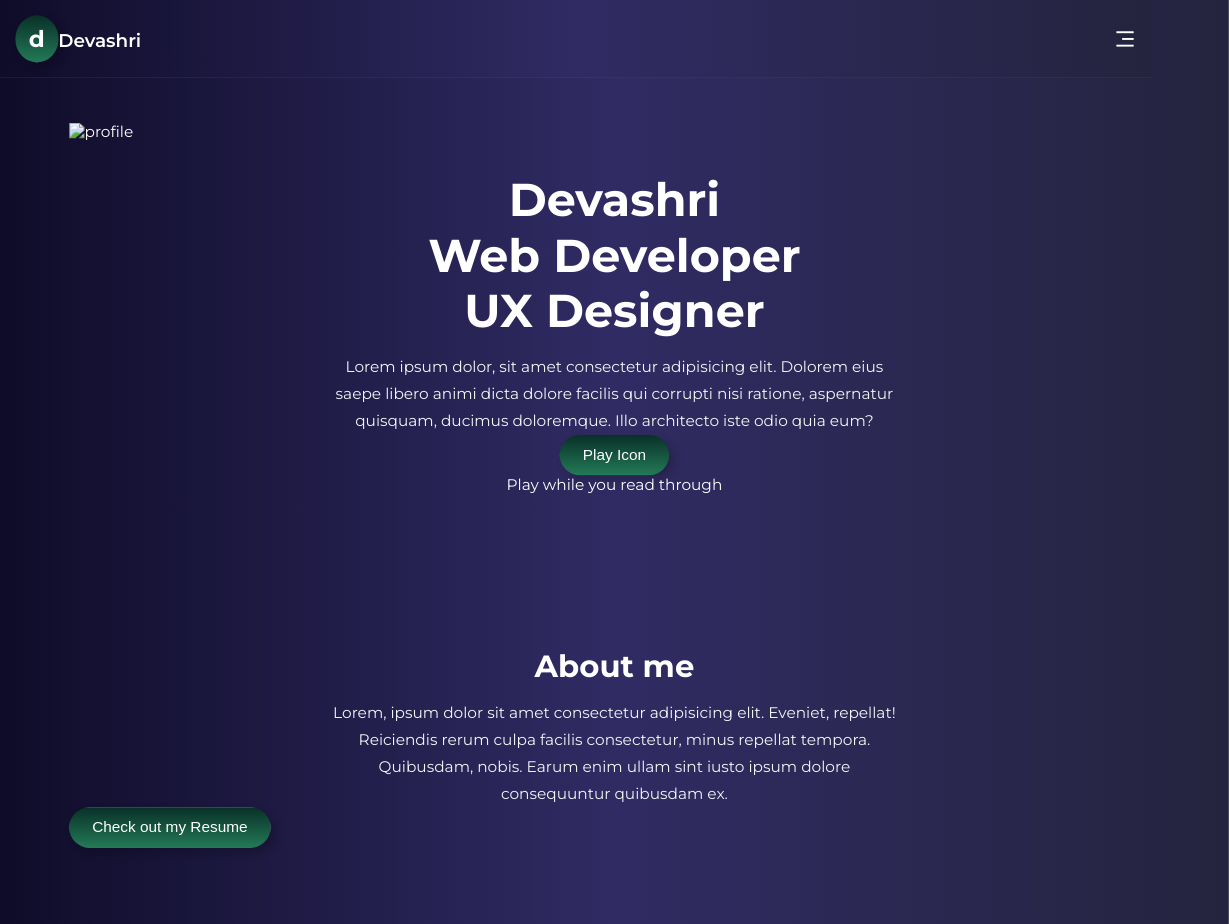
Repository: devashrisamani/devashrisamani.github.io
Page: index.html
These files come from the project's save history. The page is drawn as it stood at one moment and after the next save; the edit follows.
The browser window is 1280 px wide. The pictures show the whole page, at 96% of full size.

Above is the page before, as saved 2025-09-24 18:43:52.

### index.html
<!DOCTYPE html>
<html lang="en">
  <head>
    <meta charset="UTF-8" />
    <meta http-equiv="X-UA-Compatible" content="IE=edge" />
    <meta name="viewport" content="width=device-width, initial-scale=1.0" />
    <title>Dev's portfolio</title>
    <link rel="preconnect" href="https://fonts.googleapis.com" />
    <link rel="preconnect" href="https://fonts.gstatic.com" crossorigin />
    <link
      href="https://fonts.googleapis.com/css2?family=Inter:ital,opsz,wght@0,14..32,100..900;1,14..32,100..900&family=Lora:ital,wght@0,400..700;1,400..700&family=Montserrat:ital,wght@0,100..900;1,100..900&family=Sacramento&display=swap"
      rel="stylesheet"
    />
    <link
      href="https://cdn.jsdelivr.net/npm/remixicon@3.5.0/fonts/remixicon.css"
      rel="stylesheet"
    />
    <link rel="stylesheet" href="/css/styles.css" />
  </head>
  <body>
    <nav>
      <div class="nav__bar">
        <a href="#"><span class="logo nav_logo">d</span>Devashri</a>
        <div class="nav__menu__btn" id="menu-btn">
          <!-- Icons from remix icon -->
          <i class="ri-menu-3-line"></i>
        </div>
      </div>
      <ul class="nav__links" id="nav-links">
        <li><a href="#home">Home</a></li>
        <li><a href="#about">About</a></li>
        <li><a href="#service">Service</a></li>
        <li><a href="#portfolio">Portfolio</a></li>
        <li><a href="#contact" class="btn">Contact</a></li>
        <a href="#contact" class="btn btn__large">Contact</a>
      </ul>
    </nav>
    <header class="section__container header__container" id="home">
      <div class="header__image">
        <img src="#" alt="profile" />
      </div>
      <div class="header__content">
        <div>
          <h1>
            Devashri <br />
            Web Developer <br />
            UX Designer
          </h1>
        </div>
        <p class="section__description">
          Lorem ipsum dolor, sit amet consectetur adipisicing elit. Dolorem eius
          saepe libero animi dicta dolore facilis qui corrupti nisi ratione,
          aspernatur quisquam, ducimus doloremque. Illo architecto iste odio
          quia eum?
        </p>
        <div class="header__btn">
          <button class="btn">Play Icon</button>
        </div>
        <p>Play while you read through</p>
      </div>
    </header>

    <section class="section__container about__container" id="about">
      <div class="about__image"></div>
      <div class="about__content">
        <h2 class="section__header">About me</h2>
        <p class="section__description">
          Lorem, ipsum dolor sit amet consectetur adipisicing elit. Eveniet,
          repellat! Reiciendis rerum culpa facilis consectetur, minus repellat
          tempora. Quibusdam, nobis. Earum enim ullam sint iusto ipsum dolore
          consequuntur quibusdam ex.
        </p>
        <div class="about__btn">
          <button class="btn">Check out my Resume</button>
        </div>
      </div>
    </section>
  </body>
</html>

### css/styles.css
/* Font Variables */
:root {
  --font-sacramento: "Sacramento", cursive;
  --font-lora: "Lora", serif;
  --font-inter: "Inter", serif;
  --font-montserrat: "Montserrat", sans-serif;
}

/* Color Variables */

:root {
  --primary-color: #093028;
  --secondary-color: #237a57;
  --extra-light: #f3f4f6;
  --white: #ffffff;
  --gradient-1: linear-gradient(to right, #0f0c29, #302b63, #24243e);
  --gradient-2: linear-gradient(
    to bottom,
    var(--primary-color),
    var(--secondary-color)
  );
  --max-width: 1200px;
}

* {
  padding: 0;
  margin: 0;
  box-sizing: border-box;
}

html,
body {
  scroll-behavior: smooth;
}

body {
  font-family: "Montserrat", sans-serif;
  color: var(--white);
  background-image: var(--gradient-1);
}

.section__container {
  max-width: var(--max-width);
  margin: auto;
  padding: 5rem 2rem;
}

.section__header {
  margin-bottom: 1rem;
  font-size: 2rem;
  font-weight: 700;
  text-align: center;
}

.btn {
  padding: 0.75rem 1.5rem;
  font-size: 1rem;
  font-weight: 500;
  color: var(--white);
  background-image: var(--gradient-2);
  outline: none;
  border: none;
  border-radius: 5rem;
  cursor: pointer;
  box-shadow: 5px 5px 10px rgba(0, 0, 0, 0.2);
}

/* Navbar - Change the logo later */
.logo {
  display: inline-block;
  padding: 10px 14px;
  font-size: 1.5rem;
  font-weight: 700;
  color: var(--white);
  background-image: var(--gradient-2);
  border-radius: 100%;
  box-shadow: 5px 5px 10px rgba(0, 0, 0, 0.2);
}

nav {
  position: fixed;
  isolation: isolate;
  top: 0;
  width: 100%;
  max-width: var(--max-width);
  margin: auto;
  z-index: 9;
}

.nav__bar {
  padding: 1rem;
  display: flex;
  align-items: center;
  justify-content: space-between;
  gap: 2rem;
  background-image: var(--gradient-1);
}

.nav__logo {
  padding: 9px 12px;
  font-size: 1.2rem;
}

.nav__bar a {
  font-size: 1.2rem;
  font-weight: 600;
  color: var(--white);
}

.nav__menu__btn {
  font-size: 1.5rem;
  color: var(--white);
  cursor: pointer;
}

.nav__links {
  list-style: none;
  position: absolute;
  width: 100%;
  padding: 2rem;
  display: flex;
  flex-direction: column;
  align-items: center;
  gap: 2rem;
  background-image: var(--gradient-2);
  transform: translateY(-100%);
  transition: 0.5s;
  z-index: -1;
}

.nav__links.open {
  transform: translateY(0);
}

.nav__links a {
  color: var(--white);
  transition: 0.3s;
}

.nav__links a:hover {
  color: var(--white);
}

.btn__large {
  display: none;
}

/* About */

img {
  width: 100%;
  display: flex;
}

.section__description {
  max-width: 600px;
  margin-inline: auto;
  color: var(--extra-light);
  text-align: center;
  line-height: 1.75rem;
}

a {
  text-decoration: none;
}

/* Header Container */

.header__container {
  padding-top: 8rem;
  display: grid;
  gap: 2rem;
  isolation: isolate;
}

.header__content {
  text-align: center;
}

.header__content h1 {
  margin-bottom: 1rem;
  font-size: 3rem;
  text-align: center;
}

After the next save:
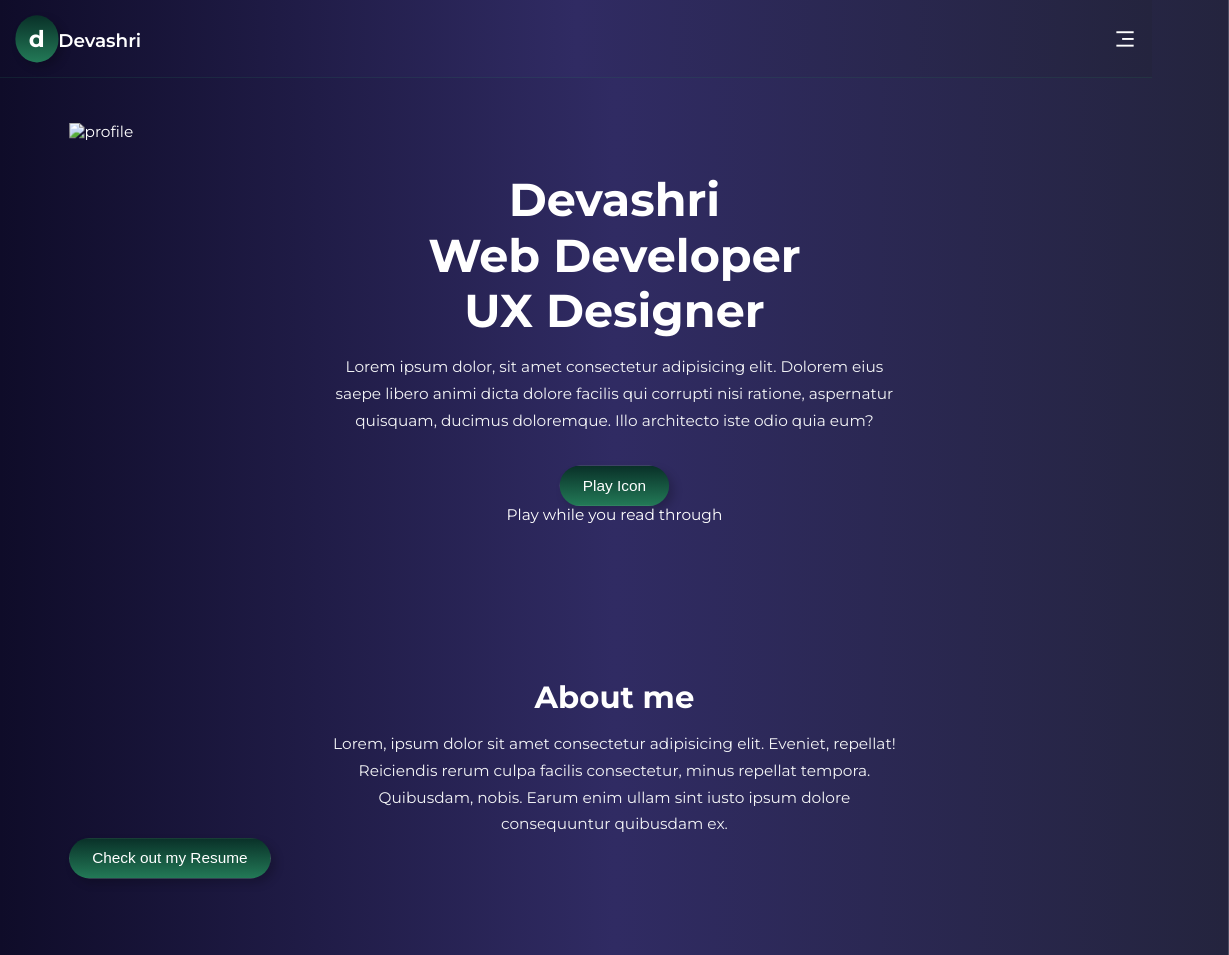
Saved 28 s later.
--- a/css/styles.css
+++ b/css/styles.css
@@ -182,3 +182,6 @@ a {
   font-size: 3rem;
   text-align: center;
 }
+.header__content .section__description {
+  margin-bottom: 2rem;
+}
